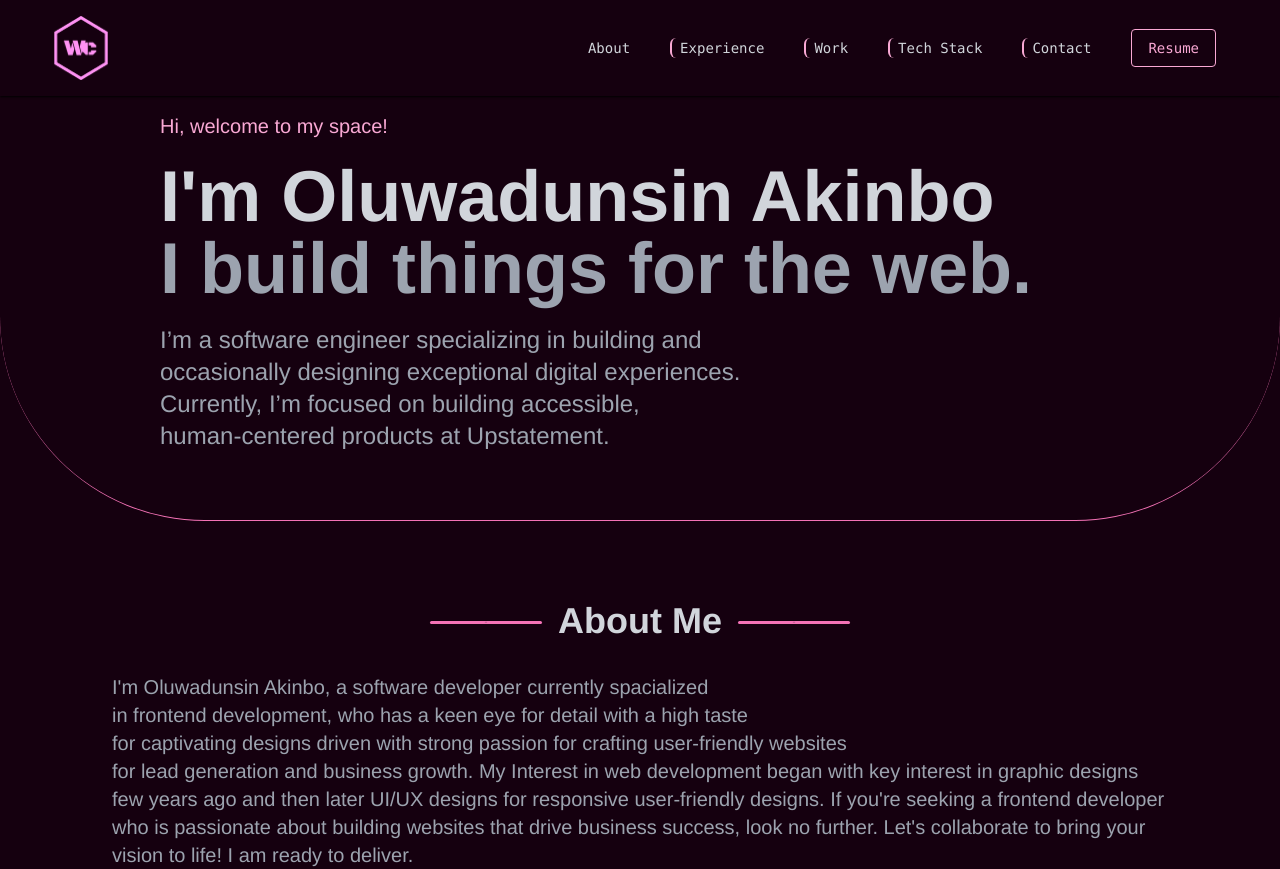
Repository: EmmyDunny1/myPortfolio
Page: / (app in MyPortfolio/)
The author's editor kept a copy of each file at every save. The page is drawn from the files as they stood at one save, then again after the next save.
The browser window is 1280 px wide. The pictures show the whole page.
The project was rebuilt for these pictures with package versions that can differ from the ones it lists, and the page was loaded fresh each time. Also part of the build but not shown: MyPortfolio/vite.config.js.

Above is the page before, as saved 2025-01-14 11:11:46.

### MyPortfolio/index.html
<!doctype html>
<html lang="en">
  <head>
    <meta charset="UTF-8" />
    <link rel="icon" type="image/svg+xml" href="/vite.svg" />
    <meta name="viewport" content="width=device-width, initial-scale=1.0" />
    <title>My Portfolio Website</title>
  </head>
  <body>
    <div id="root"></div>
    <script type="module" src="/src/main.jsx"></script>
  </body>
</html>

### MyPortfolio/src/index.css
@tailwind base;
@tailwind components;
@tailwind utilities;


body{

    max-width: 90rem;
  /* margin-left: 2rem;
  margin-right: 2rem; */
  background:   rgb(21, 0, 15);
  font-family: "Helvetica Neue";
  }

  img {
    width: 12rem;
    height: 7rem;
  }

  p{ font-size: 14px

  }

### MyPortfolio/src/App.jsx
import React from 'react'
import Navbar from './components/Navbar'
import HeroSection from './components/HeroSection'
import AboutMe from './components/AboutMe'
const App = () => {
  return (
    <div>
    <div className=''> <Navbar/> </div>
    <div className='mt-[7rem] border-b border-solid border-pink-400 rounded-full pb-[3rem]'><HeroSection/> </div>
    <div><AboutMe/></div>

    </div>
  )
}

export default App

### MyPortfolio/src/components/Navbar.jsx
import React from 'react'
import WEBCANIC from '../assets/WEBCANIC.png'

const Navbar = () => {
  return (
    <nav className="fixed top-0 left-0 w-full bg-dark-navy shadow-sm  shadow-black text-gray-300 z-10">
    <div className=" flex items-center justify-between py-4 mx-[4rem]">
      <div className="flex items-center">

          <img src={WEBCANIC} className='h-[4rem] w-[4rem] object-cover ml-[-10px]'  alt="" />

      </div>
      <div className="flex items-center space-x-8 ">
        <a
          href="#about"
          className="hover:text-green text-sm font-mono  border-solid border-pink-300 rounded-md px-2 ">
          <div>  </div>  About
        </a>
        <a
          href="#experience"
          className="hover:text-green text-sm font-mono border-l-2 border-solid border-pink-300 rounded-md px-2">
           Experience
        </a>
        <a
          href="#work"
          className="hover:text-green text-sm font-mono border-l-2 border-solid border-pink-300 rounded-md px-2">
           Work
        </a>
        <a
          href="#work"
          className="hover:text-green text-sm font-mono border-l-2 border-solid border-pink-300 rounded-md px-2">
           Tech Stack
        </a>
        <a
          href="#contact"
          className="hover:text-green text-sm font-mono border-l-2 border-solid border-pink-300 rounded-md px-2">
           Contact
        </a>
        <a
          href="/resume.pdf"
          download
          className="border border-green text-pink-300 px-4 py-2 rounded text-sm font-mono hover:bg-green hover:text-dark-navy hover:shadow-sm hover:shadow-gray-300 hover:border-gray-300 hover:text-gray-300 transition border-pink-300">
          Resume
        </a>
      </div>
    </div>
  </nav>
  )
}

export default Navbar

### MyPortfolio/src/components/HeroSection.jsx
import React from 'react'

const HeroSection = () => {
  return (
    <div className='block mx-[10rem] '>

      <div className=''>
        <span className='text-pink-300 text-xl '>Hi, welcome to my space!</span>
        <h1 className='text-7xl text-gray-300 pt-5 font-bold '>I'm Oluwadunsin Akinbo</h1>
        <h2 className='text-7xl text-gray-400 font-bold'>I build things for the web.</h2>

        <p className='text-2xl text-gray-400 py-5'>I’m a software engineer specializing in building and <br />occasionally designing exceptional digital experiences. <br />Currently, I’m focused on building accessible,<br /> human-centered products at Upstatement.</p>


      </div>

    </div>
  )
}

export default HeroSection

### MyPortfolio/src/components/AboutMe.jsx
import React from 'react'
import { FiMinus } from 'react-icons/fi'


const AboutMe = () => {
  return (
    <div className=' mx-[7rem] mt-[5rem]'>
      <div className='flex mx-auto justify-center align-center'>
      <FiMinus className='h-[2.5px] w-[7rem] mt-5 mr-4 rounded-2xl bg-pink-400'/>
        <h1 className='text-gray-300 text-4xl pb-[2rem] font-bold'>  About Me </h1>
         <FiMinus className='h-[2.5px] w-[7rem] mt-5 ml-4 rounded-2xl bg-pink-400'/>
      </div>
    <div className='flex'>
        <div>
            <p className='text-gray-400 text-xl'>I'm Oluwadunsin Akinbo, a software developer currently spacialized <br />in frontend development, who has a keen eye for detail with a high taste <br />for captivating designs driven with strong passion for crafting user-friendly websites <br />for lead generation and business growth.

               My Interest in web development began with key interest in graphic designs few years ago and then later UI/UX designs for responsive user-friendly designs.


              If you're seeking a frontend developer who is passionate about building websites that drive business success, look no further.

              Let's collaborate to bring your vision to life! I am ready to deliver. </p>
        </div>
        <div></div>

    </div>

    </div>
  )
}

export default AboutMe

Loaded but not shown: MyPortfolio/src/main.jsx (common file); MyPortfolio/tailwind.config.js (common file)

After the next save:
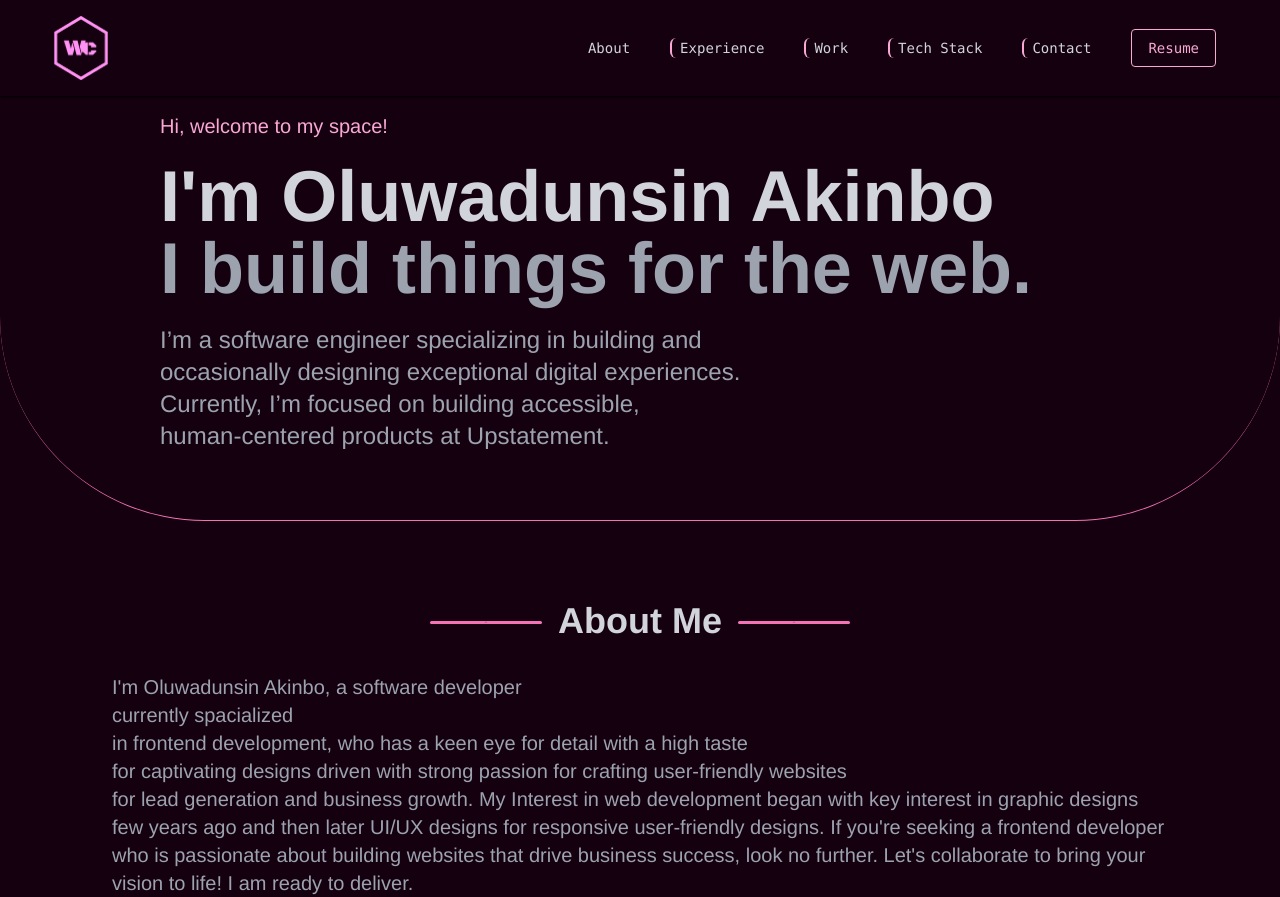
Saved 35 s later.
--- a/MyPortfolio/src/components/AboutMe.jsx
+++ b/MyPortfolio/src/components/AboutMe.jsx
@@ -12,7 +12,7 @@ const AboutMe = () => {
       </div>
     <div className='flex'>
         <div>
-            <p className='text-gray-400 text-xl'>I'm Oluwadunsin Akinbo, a software developer currently spacialized <br />in frontend development, who has a keen eye for detail with a high taste <br />for captivating designs driven with strong passion for crafting user-friendly websites <br />for lead generation and business growth.
+            <p className='text-gray-400 text-xl'>I'm Oluwadunsin Akinbo, a software developer <br />currently spacialized <br />in frontend development, who has a keen eye for detail with a high taste <br />for captivating designs driven with strong passion for crafting user-friendly websites <br />for lead generation and business growth.
 
                My Interest in web development began with key interest in graphic designs few years ago and then later UI/UX designs for responsive user-friendly designs.
 
